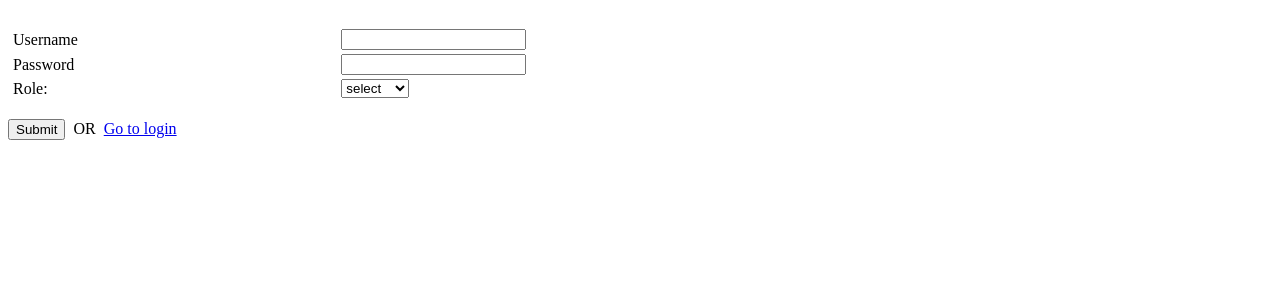
Repository: viraj2623/My_projects
Page: loginandregpr/src/main/webapp/login.html
The author's editor kept a copy of each file at every save. The page is drawn from the files as they stood at one save, then again after the next save.
The browser window is 1280 px wide. The pictures show the whole page.

Above is the page before, as saved 2025-03-04 07:41:59.

### loginandregpr/src/main/webapp/login.html
<!DOCTYPE html>
<html>
<head>
<meta charset="UTF-8">
<title>Insert title here</title>
</head>
<body>

<form action="Regandloginsrv" method="service">
  <div class="container mt-4">
  <input type="hidden" name="movement" value="register">
   <table style="width: 95%" class="table">
    <tr>
     <td><legend>Username</legend></td>
     <td><input type="text" name="username" required/></td>
    </tr>
    <tr>
     <td><legend>Password</legend></td>
     <td><input type="password" name="password" required/></td>
    </tr>
    <tr>
    <td><legend>Role:</legend></td>
   <td> <select name="role">
   <option value="select">select</option>
        <option value="STUDENT">Student</option>
        <option value="ADMIN">Admin</option>
    </select>
    </td>
    <br>
    </tr>
   </table><br/>
   <input type="submit" class="btn btn-outline-success" value="Submit" />&nbsp; OR&nbsp;
   <a type="button" class="btn btn-outline-secondary" href="login.html">Go to login </a>
   </div>
  </form>

</body>
</html>

After the next save:
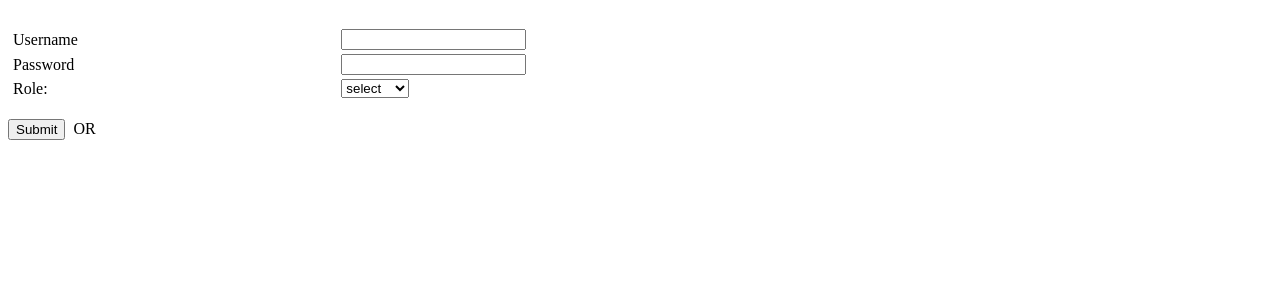
Saved 116 s later.
--- a/loginandregpr/src/main/webapp/login.html
+++ b/loginandregpr/src/main/webapp/login.html
@@ -30,7 +30,6 @@
     </tr>
    </table><br/>
    <input type="submit" class="btn btn-outline-success" value="Submit" />&nbsp; OR&nbsp;
-   <a type="button" class="btn btn-outline-secondary" href="login.html">Go to login </a>
    </div>
   </form>
 
